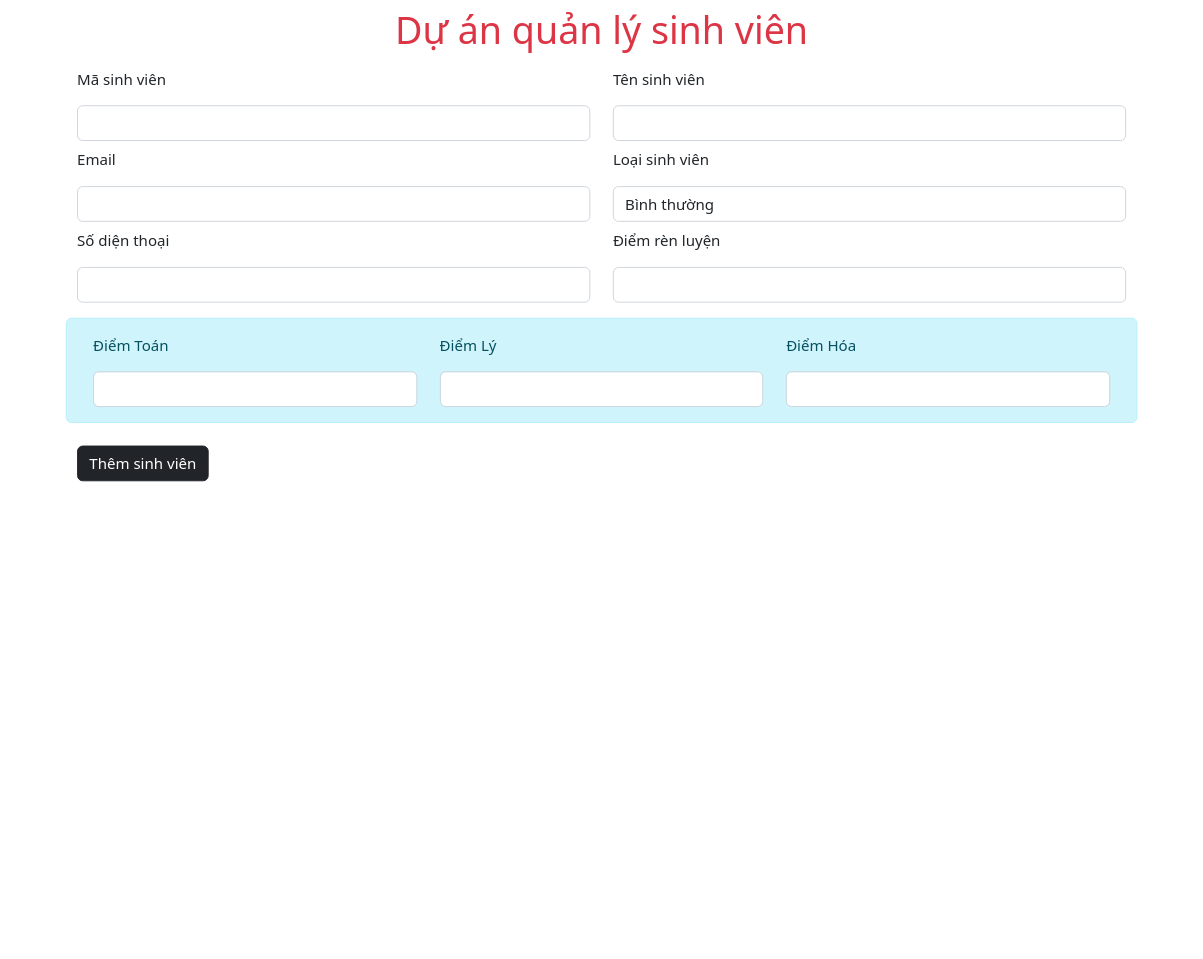
Repository: hcozyph/Cybersoft_JS_OOP
Page: index.html
These files come from the project's save history. The page is drawn as it stood at one moment and after the next save; the edit follows.
The browser window is 1280 px wide. The pictures show the whole page, at 94% of full size.

Above is the page before, as saved 2023-02-26 09:29:26.

### index.html
<!DOCTYPE html>
<html lang="en">
    <head>
        <title>Quản lý sinh viên</title>
        <!-- Required meta tags -->
        <meta charset="utf-8" />
        <meta
            name="viewport"
            content="width=device-width, initial-scale=1, shrink-to-fit=no"
        />

        <!-- Bootstrap CSS v5.2.1 -->
        <link
            href="https://cdn.jsdelivr.net/npm/bootstrap@5.2.1/dist/css/bootstrap.min.css"
            rel="stylesheet"
            integrity="sha384-iYQeCzEYFbKjA/T2uDLTpkwGzCiq6soy8tYaI1GyVh/UjpbCx/TYkiZhlZB6+fzT"
            crossorigin="anonymous"
        />

        <!-- index.css -->
        <link rel="stylesheet" href="./assets/styles/index.css" />
    </head>

    <body>
        <div class="container" style="margin-bottom: 500px">
            <div class="title">
                <h3 class="text-center fs-1 text-danger my-2">
                    Dự án quản lý sinh viên
                </h3>
            </div>

            <div class="content">
                <div class="row">
                    <div class="col-md-6 col-lg-6">
                        <div class="form-group my-2">
                            <p>Mã sinh viên</p>
                            <input class="form-control" id="maSinhVien"></input>
                        </div>

                        <div class="form-group my-2">
                            <p>Email</p>
                            <input class="form-control" id="email"></input>
                        </div>

                        <div class="form-group my-2">
                            <p>Số diện thoại</p>
                            <input class="form-control" id="soDienThoai"></input>
                        </div>
                    </div>

                    <div class="col-md-6 col-lg-6">
                        <div class="form-group my-2">
                            <p>Tên sinh viên</p>
                            <input class="form-control" id="tenSinhVien"></input>
                        </div>

                        <div class="form-group my-2">
                            <p>Loại sinh viên</p>
                            <select class="form-control" id="loaiSinhVien">
                                <option value="">Bình thường</option>
                                <option value="">Khó khăn</option>
                            </select>
                        </div>

                        <div class="form-group my-2">
                            <p>Điểm rèn luyện</p>
                            <input type="number" class="form-control" id="diemRenLuyen">
                        </div>
                    </div>
                </div>

                <div class="alert alert-info row mt-2">
                    <div class="col-md-4">
                        <p>Điểm Toán</p>
                        <input type="number" id="diemToan" class="form-control" >
                    </div>
                    <div class="col-md-4">
                        <p>Điểm Lý</p>
                        <input type="number" id="diemLy" class="form-control" >
                    </div>
                    <div class="col-md-4">
                        <p>Điểm Hóa</p>
                        <input type="number" id="diemHoa" class="form-control" >
                    </div>
                </div>

                <div class="mt-2">
                    <button class="btn btn-dark my-2" id="btnThemSinhVien">Thêm sinh viên</button>
                </div>

            </div>
        </div>

        <!-- Bootstrap JavaScript Libraries -->
        <script
            src="https://cdn.jsdelivr.net/npm/@popperjs/core@2.11.6/dist/umd/popper.min.js"
            integrity="sha384-oBqDVmMz9ATKxIep9tiCxS/Z9fNfEXiDAYTujMAeBAsjFuCZSmKbSSUnQlmh/jp3"
            crossorigin="anonymous"
        ></script>

        <script
            src="https://cdn.jsdelivr.net/npm/bootstrap@5.2.1/dist/js/bootstrap.min.js"
            integrity="sha384-7VPbUDkoPSGFnVtYi0QogXtr74QeVeeIs99Qfg5YCF+TidwNdjvaKZX19NZ/e6oz"
            crossorigin="anonymous"
        ></script>

        <!-- index.js -->
        <script src="./controllers/js/index.js"></script>
    </body>
</html>

### controllers/js/index.js
////----MÔ HÌNH MVC
/*
    M [model]       -- nơi chứa các file js là prototype (class)
    V [view]        -- nơi chứa các file giao diện (.html)
    C [controller]  -- các file điều hướng giao diện (index.html => index.js, qlsp.html => qlsp.js)

    ---------------------------------------------------

    util    -- chứa các file dùng chung cho dự án (ví dụ: các method sử dụng ở các dự án trước, hoặc libs [thư viện js] )
    assets  -- là folder chứa tài nguyên của hệ thống (img, audio, viddeo, css, font,...)

    */

Loaded but not shown: assets/styles/index.css (no stored copy; drawn as an empty file)

After the next save:
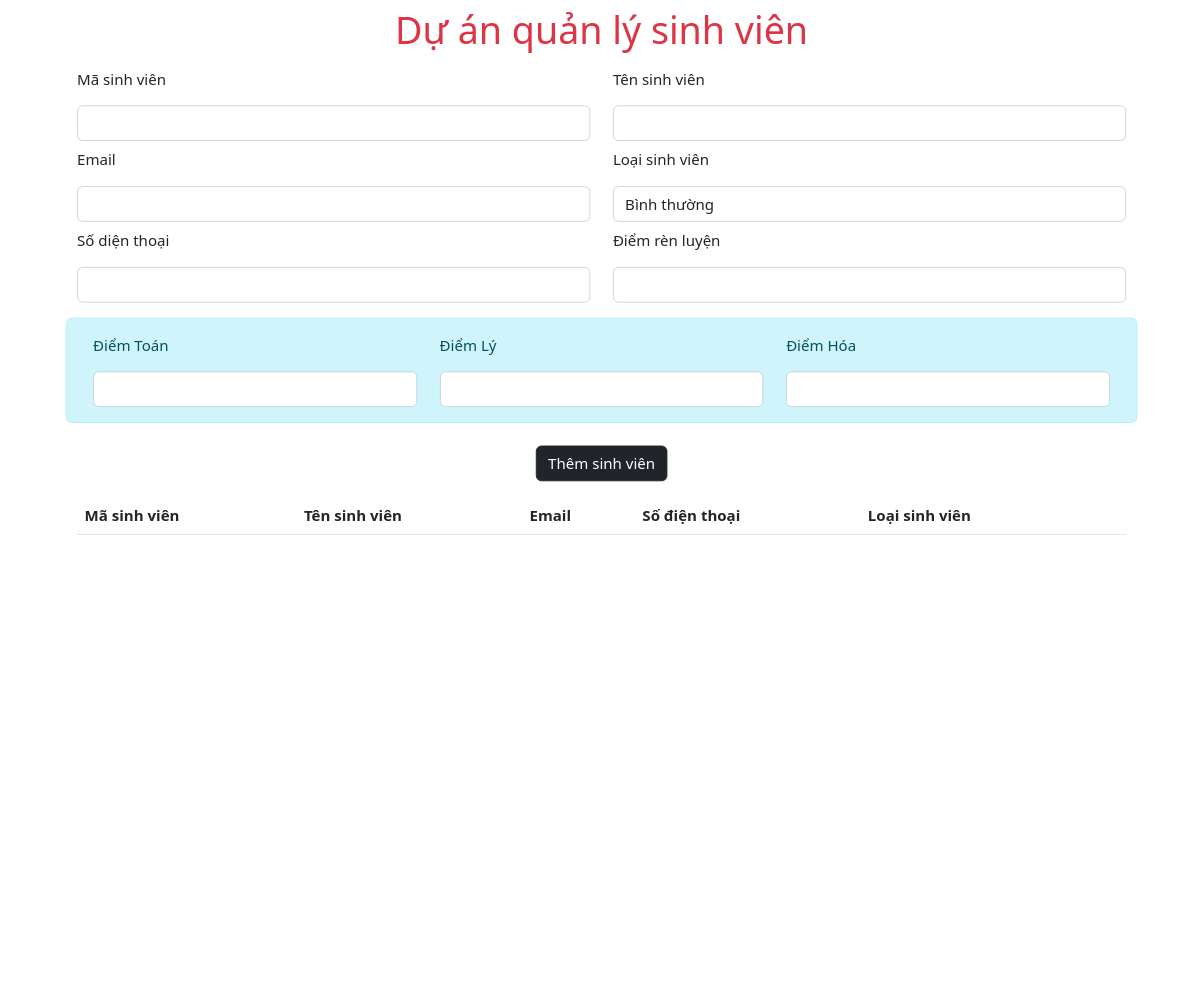
Saved 2 min 52 s later.
--- a/index.html
+++ b/index.html
@@ -84,9 +84,22 @@
                     </div>
                 </div>
 
-                <div class="mt-2">
+                <div class="mt-2 text-center">
                     <button class="btn btn-dark my-2" id="btnThemSinhVien">Thêm sinh viên</button>
                 </div>
+
+                <table class="table mt-2">
+                    <thead>
+                        <tr>
+                            <th>Mã sinh viên</th>
+                            <th>Tên sinh viên</th>
+                            <th>Email</th>
+                            <th>Số điện thoại</th>
+                            <th>Loại sinh viên</th>
+                            <th></th>
+                        </tr>
+                    </thead>
+                </table>
 
             </div>
         </div>
